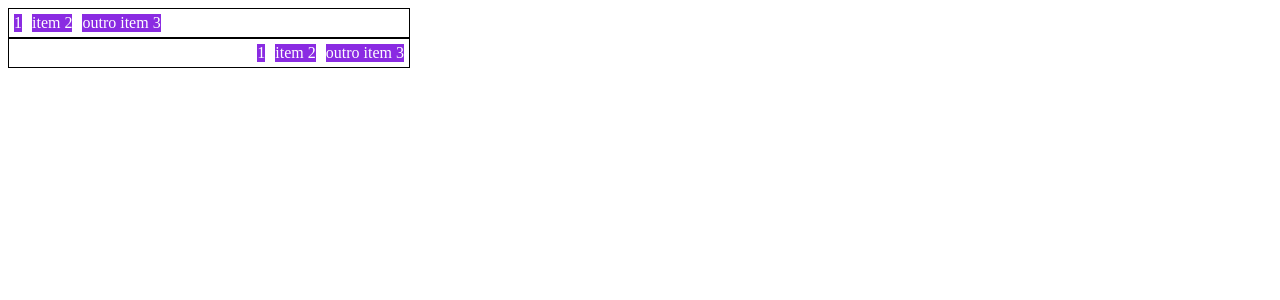
Repository: gabrielbino/projects-dio
Page: Flexbox/@justify-content.html
The author's editor kept a copy of each file at every save. The page is drawn from the files as they stood at one save, then again after the next save.
The browser window is 1280 px wide. The pictures show the whole page.

Above is the page before, as saved 2021-10-22 17:36:29.

### Flexbox/@justify-content.html
<!DOCTYPE html>
<html lang="en">
  <head>
    <meta charset="UTF-8" />
    <meta name="viewport" content="width=device-width, initial-scale=1.0" />
    <title>Fundamentos - justify content</title>

    <style>
      .container {
        display: flex;
        max-width: 400px;
        border: 1px solid black;
        margin: 0;
      }

      .item {
        background-color: blueviolet;
        margin: 5px;
        text-align: center;
        color: white;
      }

      .flexStart {
        justify-content: flex-start;
      }

      .flexEnd {
        justify-content: flex-end;
      }
    </style>
  </head>
  <body>
    <section class="container flexStart">
      <div class="item">1</div>
      <div class="item">item 2</div>
      <div class="item">outro item 3</div>
    </section>

    <section class="container flexEnd">
      <div class="item">1</div>
      <div class="item">item 2</div>
      <div class="item">outro item 3</div>
    </section>
  </body>
</html>

After the next save:
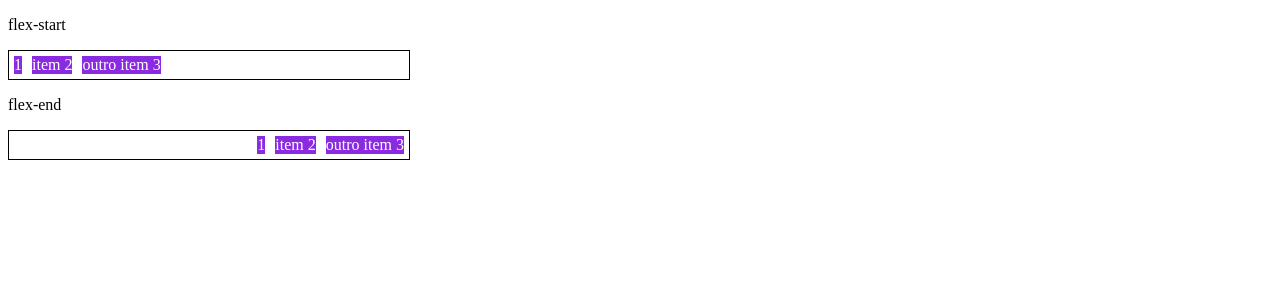
Saved 26 s later.
--- a/Flexbox/@justify-content.html
+++ b/Flexbox/@justify-content.html
@@ -30,12 +30,14 @@
     </style>
   </head>
   <body>
+    <p>flex-start</p>
     <section class="container flexStart">
       <div class="item">1</div>
       <div class="item">item 2</div>
       <div class="item">outro item 3</div>
     </section>
 
+    <p>flex-end</p>
     <section class="container flexEnd">
       <div class="item">1</div>
       <div class="item">item 2</div>
